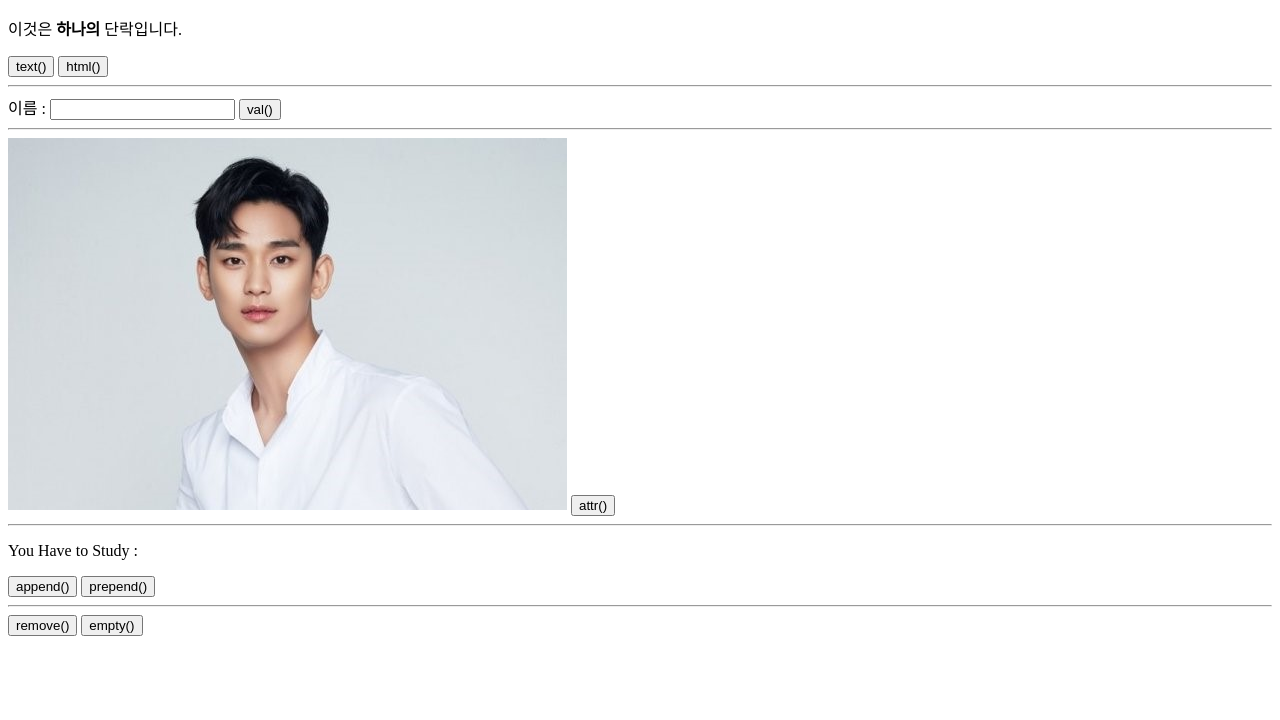
Repository: gpqls12321/public
Page: javascript_jquery/WebContent/jQuery_ex03.html
An editor plug-in stored every save of this project. The page is shown before and after the next save, followed by the edit.
The browser window is 1280 px wide. The pictures show the whole page.

Above is the page before, as saved 2021-04-15 05:26:43.

After the next save:
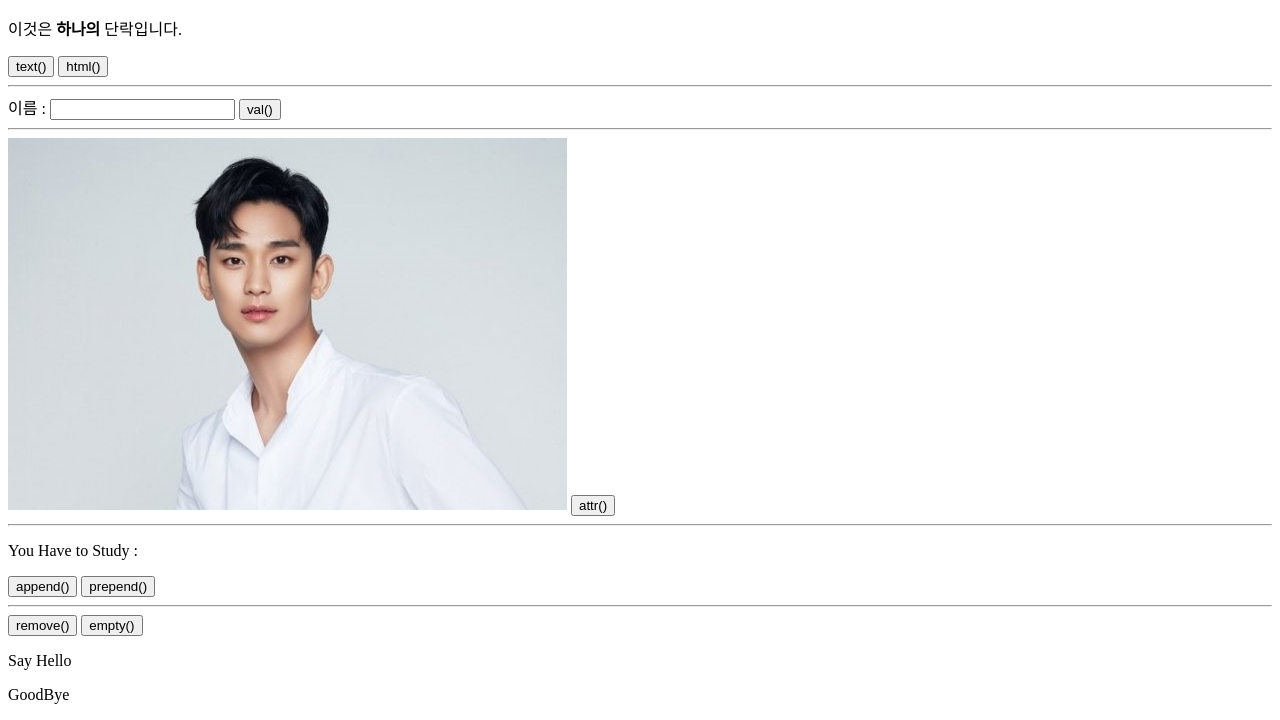
Saved 42 s later.
--- a/javascript_jquery/WebContent/jQuery_ex03.html
+++ b/javascript_jquery/WebContent/jQuery_ex03.html
@@ -52,5 +52,10 @@
 	<hr>
 	<button id="remove">remove()</button>
 	<button id="empty">empty()</button>
+	<br>
+	<div class="container">
+		<p>Say Hello</p>
+		<p>GoodBye</p>
+	</div>
 </body>
 </html>
